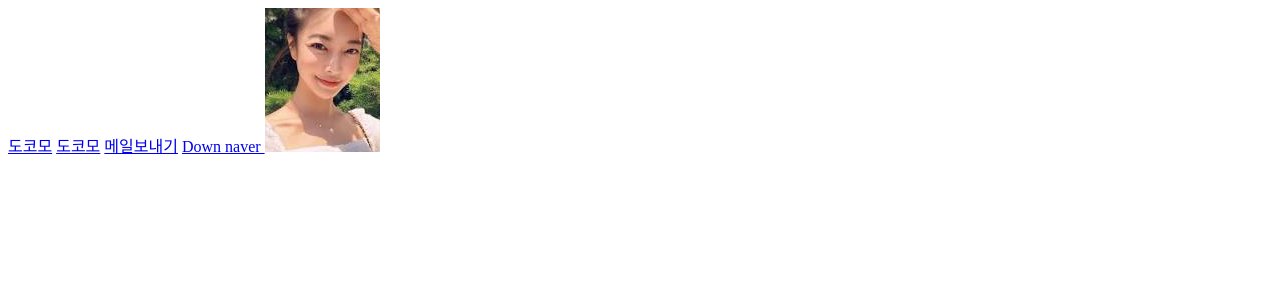
Repository: jaehyeon0418/workspace123
Page: w1025/src/webapp/w1025_03_인터넷링크.html
The author's editor kept a copy of each file at every save. The page is drawn from the files as they stood at one save, then again after the next save.
The browser window is 1280 px wide. The pictures show the whole page.

Above is the page before, as saved 2022-10-25 02:11:46.

After the next save:
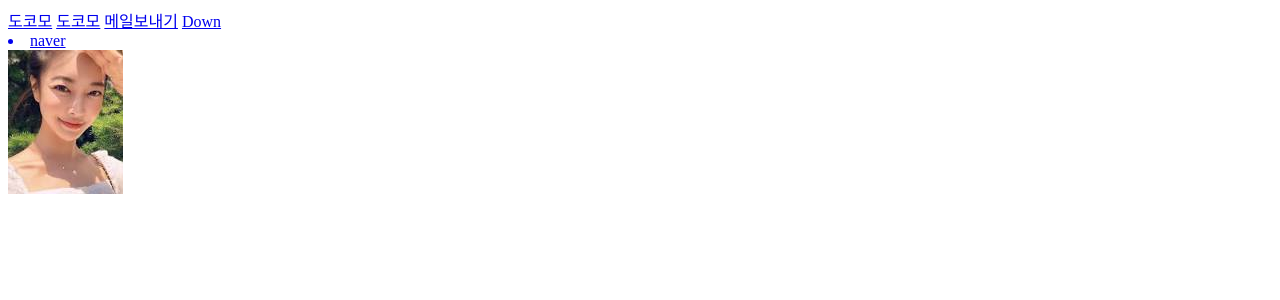
Saved 26 s later.
--- a/w1025/src/webapp/w1025_03_인터넷링크.html
+++ b/w1025/src/webapp/w1025_03_인터넷링크.html
@@ -14,7 +14,7 @@
 
 
 <a href="./images/다운로드.jfif" download> Down </a>
-<a href="https://naver.com/" download> naver </a>
+<a href="https://naver.com/"> <li> naver</li> </a>
 
 
 
